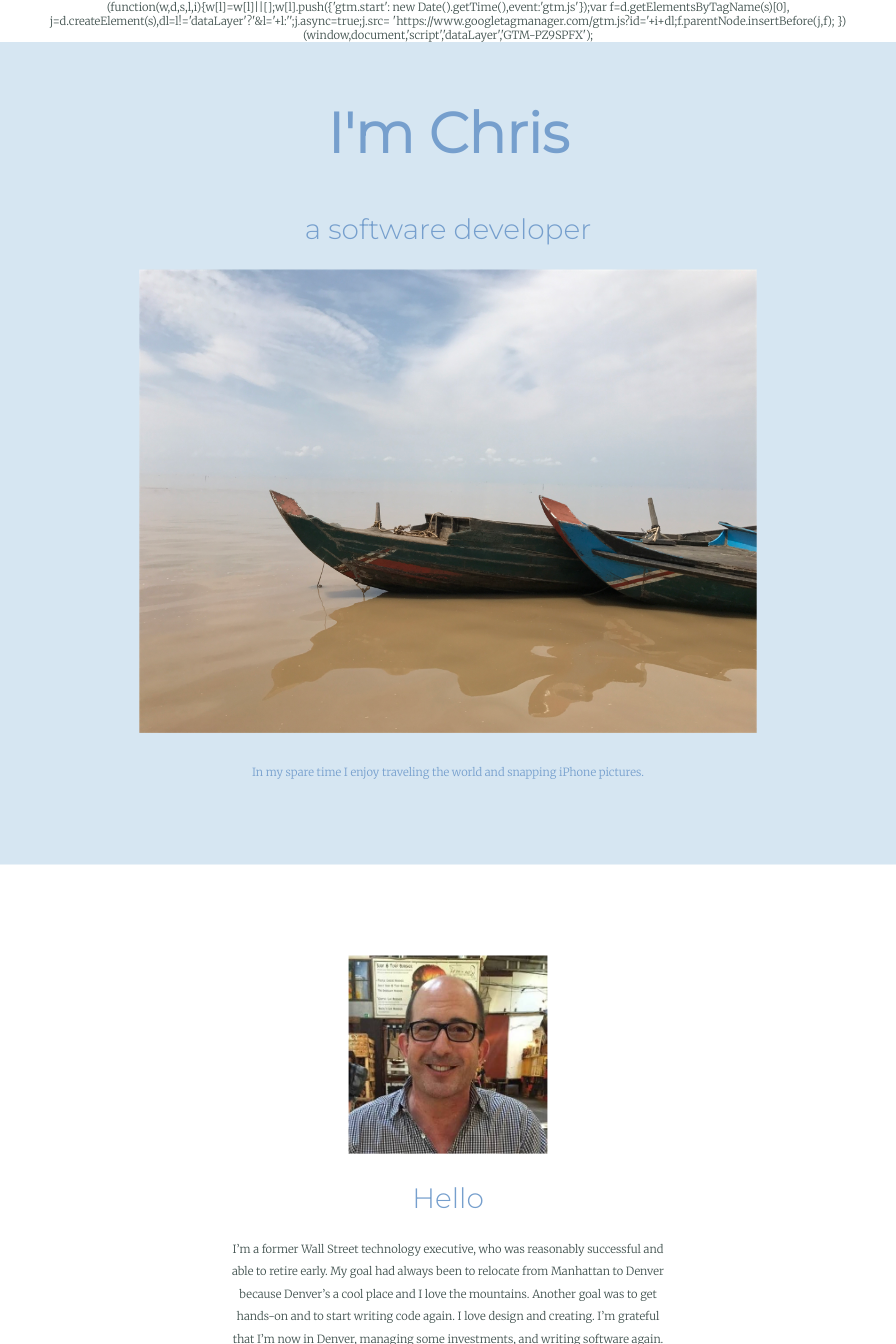
Repository: EpiTao-LLC/Personal_web_page
Page: index.html
An editor plug-in stored every save of this project. The page is shown before and after the next save, followed by the edit.
The browser window is 1280 px wide. The pictures show the part of the page from y = 0 to 1920 px (the page is 3740 px tall before and 3680 px after), at 70% of full size.

Above is the page before, as saved 2020-10-17 17:01:10.

After the next save:
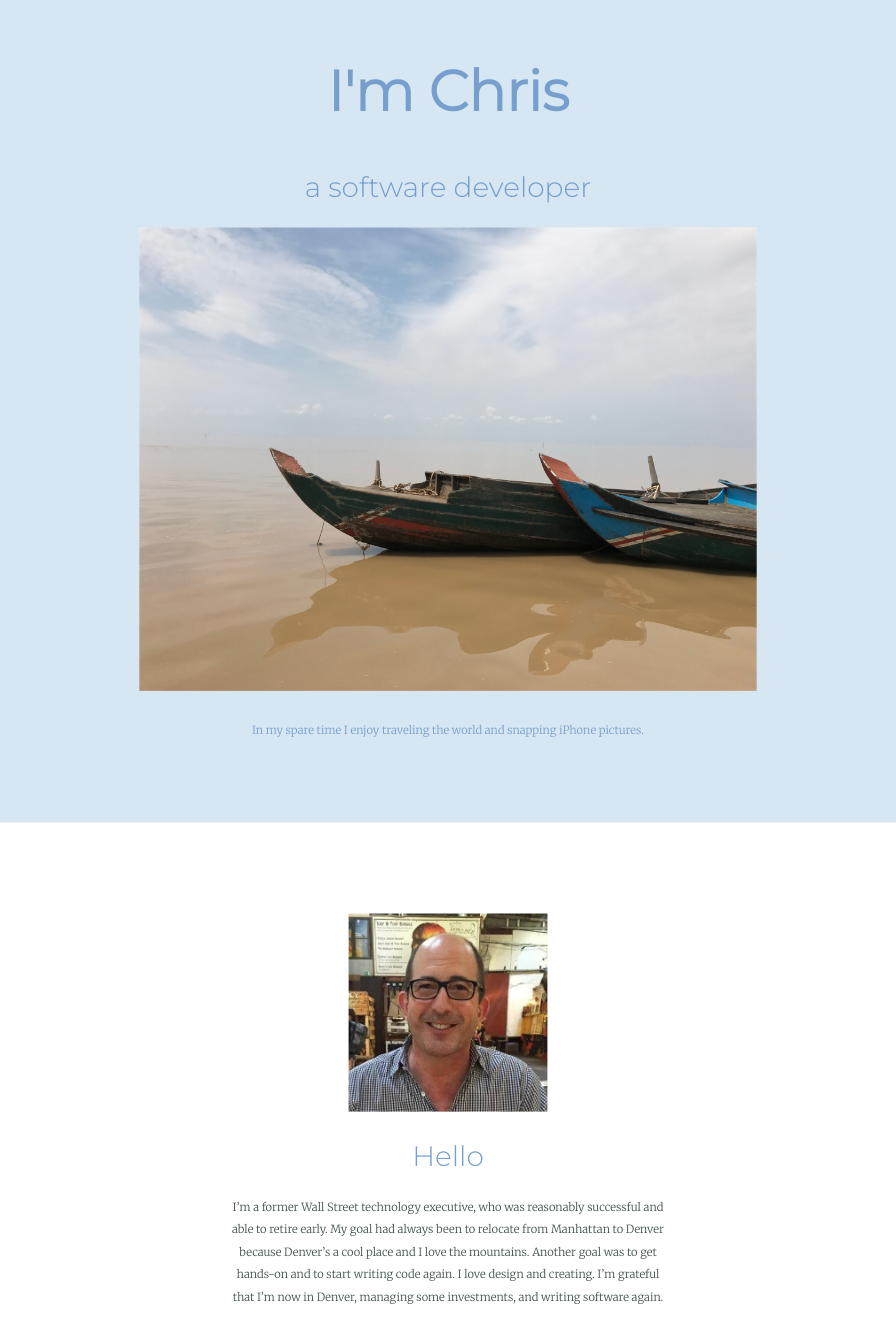
Saved 24 min 7 s later.
--- a/index.html
+++ b/index.html
@@ -10,7 +10,7 @@
         gtag('config', 'UA-167786271-2');
       </script>
     <!-- Google Tag Manager -->
-        <sc ript>(function(w,d,s,l,i){w[l]=w[l]||[];w[l].push({'gtm.start':
+        <script>(function(w,d,s,l,i){w[l]=w[l]||[];w[l].push({'gtm.start':
         new Date().getTime(),event:'gtm.js'});var f=d.getElementsByTagName(s)[0],
         j=d.createElement(s),dl=l!='dataLayer'?'&l='+l:'';j.async=true;j.src=
         'https://www.googletagmanager.com/gtm.js?id='+i+dl;f.parentNode.insertBefore(j,f);
